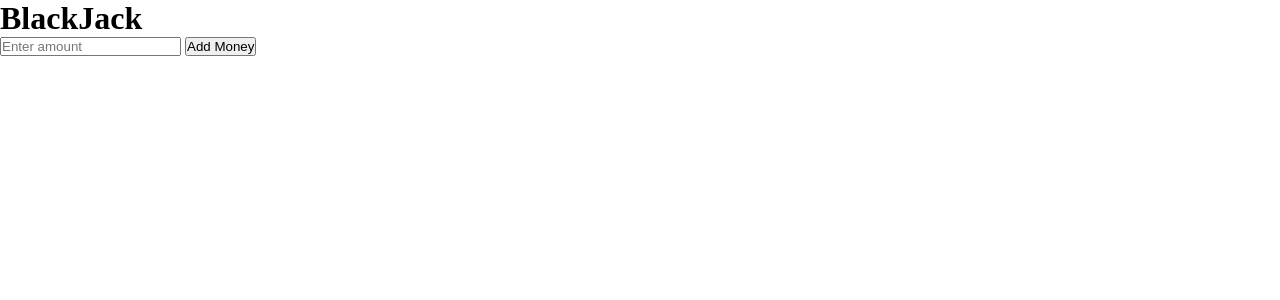
Repository: raghhavv03/javascript-practice
Page: task-5/index.html
An editor plug-in stored every save of this project. The page is shown before and after a run of saves, followed by the edit.
The browser window is 1280 px wide. The pictures show the whole page.

Above is the page before, as saved 2026-02-09 00:40:26.

After the next 3 saves:
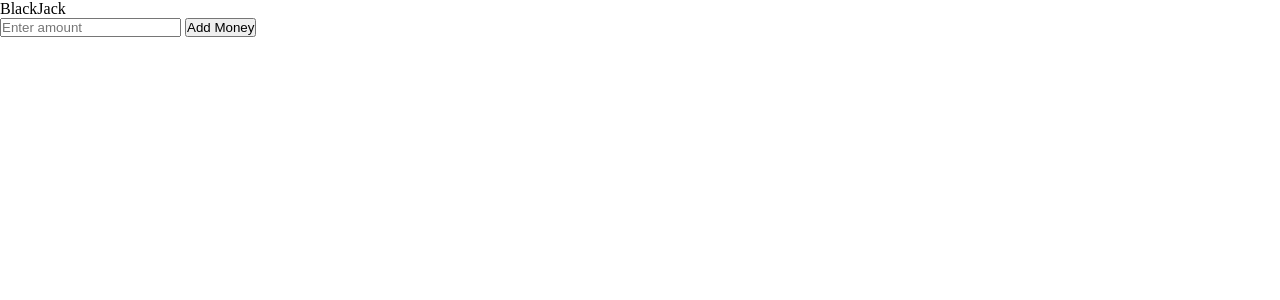
The 3 saves are shown as one change because they came seconds apart.
The last was saved 26 s later.
--- a/task-5/index.html
+++ b/task-5/index.html
@@ -6,7 +6,7 @@
         <script src="./js/index.js" defer></script>
     </head>
     <body>
-        <h1>BlackJack</h1>
+        <p>BlackJack<p>
 
         <input type ="number" id="money-input" placeholder="Enter amount">
 
